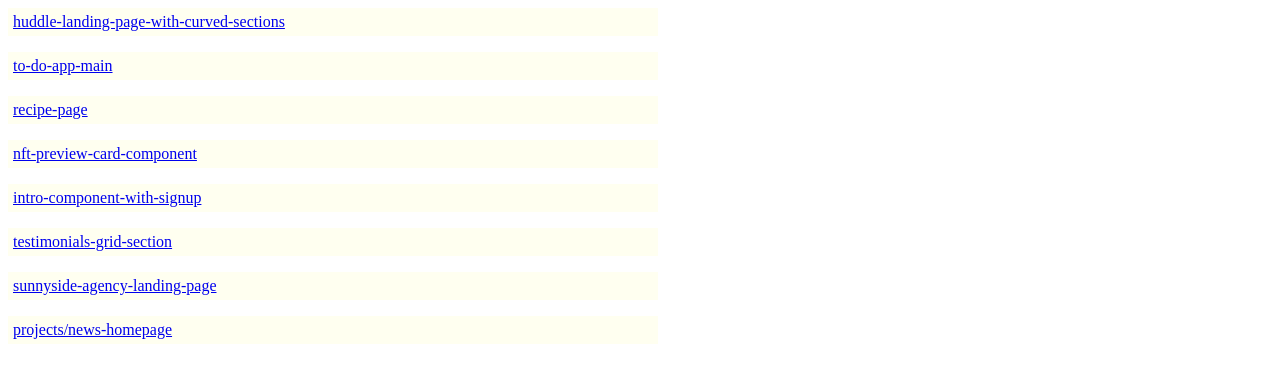
Repository: nivrii/links
Page: links.html
An editor plug-in stored every save of this project. The page is shown before and after the next save, followed by the edit.
The browser window is 1280 px wide. The pictures show the whole page.

Above is the page before, as saved 2024-07-06 21:01:11.

After the next save:
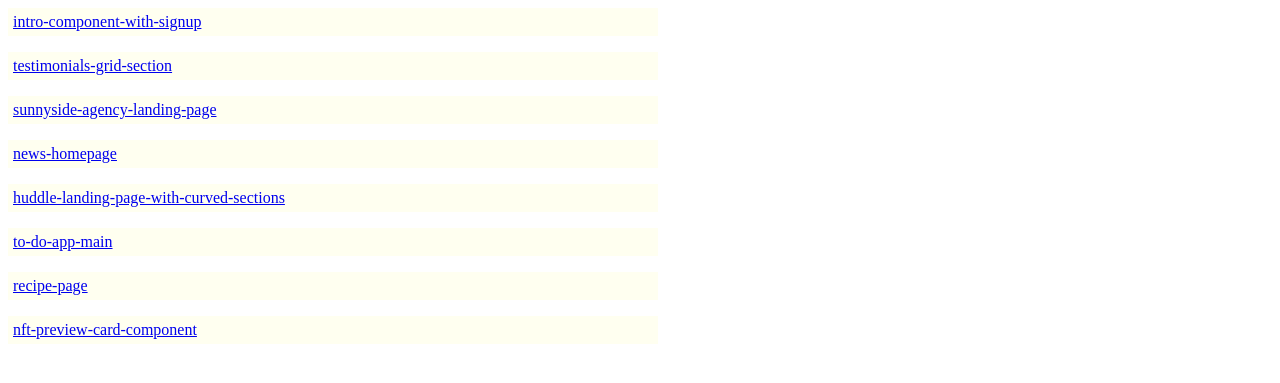
Saved 107 s later.
--- a/links.html
+++ b/links.html
@@ -20,6 +20,26 @@
   </head>
   <body>
     <a
+      href="https://nft-preview-card-component-theta-opal.vercel.app/"
+      target="_blank"
+      >intro-component-with-signup</a
+    >
+    <a
+      href="https://testimonials-grid-section-main-smoky.vercel.app/"
+      target="_blank"
+      >testimonials-grid-section</a
+    >
+    <a
+      href="https://nft-preview-card-component-theta-opal.vercel.app/"
+      target="_blank"
+      >sunnyside-agency-landing-page</a
+    >
+    <a
+      href="https://nft-preview-card-component-theta-opal.vercel.app/"
+      target="_blank"
+      >news-homepage</a
+    >
+    <a
       href="https://huddle-landing-page-with-curved-sections-delta.vercel.app/"
       target="_blank"
       >huddle-landing-page-with-curved-sections</a
@@ -37,25 +57,5 @@
       target="_blank"
       >nft-preview-card-component</a
     >
-    <a
-      href="https://nft-preview-card-component-theta-opal.vercel.app/"
-      target="_blank"
-      >intro-component-with-signup</a
-    >
-    <a
-      href="https://testimonials-grid-section-main-smoky.vercel.app/"
-      target="_blank"
-      >testimonials-grid-section</a
-    >
-    <a
-      href="https://nft-preview-card-component-theta-opal.vercel.app/"
-      target="_blank"
-      >sunnyside-agency-landing-page</a
-    >
-    <a
-      href="https://nft-preview-card-component-theta-opal.vercel.app/"
-      target="_blank"
-      >projects/news-homepage</a
-    >
   </body>
 </html>
